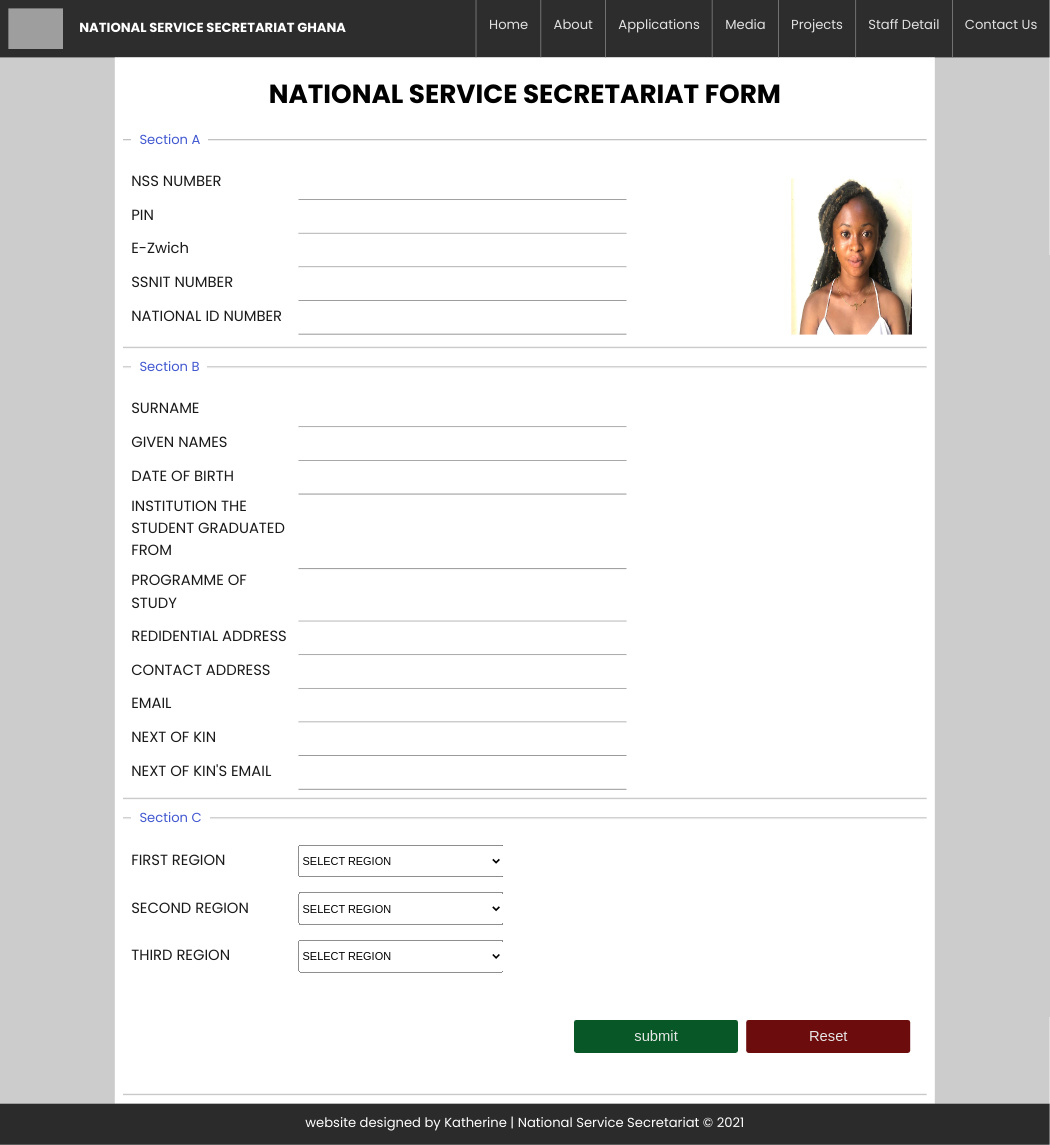
Repository: samuel355/nss
Page: index.html
The author's editor kept a copy of each file at every save. The page is drawn from the files as they stood at one save, then again after the next save.
The browser window is 1280 px wide. The pictures show the whole page, at 82% of full size.
Pictures or frames that could not be fetched are drawn as grey boxes.

Above is the page before, as saved 2021-09-30 15:35:03.

### index.html
<!DOCTYPE html>
<html lang="en">
<head>
    <meta charset="UTF-8">
    <meta http-equiv="X-UA-Compatible" content="IE=edge">
    <meta name="viewport" content="width=device-width, initial-scale=1.0">
    <title>NSS PAGE</title>
    <link rel="stylesheet" href="styles.css">
    <link rel="shortcut icon" href="logo-nss.png" type="image/x-icon">
</head>
<body class="wrapper">
    <header>
        <img src="https://nss-git-main-samuel355.vercel.app/logo-nss.png" alt="NSS LOGO" class="nss-logo">
        <p class="nss-name">NATIONAL SERVICE SECRETARIAT GHANA</p>
        <ul class="menu">
            <li class="menu-item"><a class="menu-link" href="#">Home</a></li>
            <li class="menu-item"><a class="menu-link" href="#">About</a></li>
            <li class="menu-item"><a class="menu-link" href="#">Applications</a></li>
            <li class="menu-item"><a class="menu-link" href="#">Media</a></li>
            <li class="menu-item"><a class="menu-link" href="#">Projects</a></li>
            <li class="menu-item"><a class="menu-link" href="#">Staff Detail</a></li>
            <li class="menu-item"><a class="menu-link" href="#">Contact Us</a></li>
        </ul>
    </header>

    <main>
        <caption>
            <h1 class="nss-topic"> NATIONAL SERVICE SECRETARIAT FORM</h1>
        </caption>
        <form action="">
            <fieldset>
                <legend>Section A </legend>
                <img class="passport" src="kath _p.jpeg" alt="My Passport Picture">
                <label for="nss number"> NSS NUMBER</label>
                <input type="text" name="nss-number" id="nss-number"> <br>

                <label for="pin">PIN</label>
                <input type="text" name="pin"> <br>

                <label for="pin">E-Zwich</label>
                <input type="text" name="e-zwich"><br>

                <label for="pin">SSNIT NUMBER</label>
                <input type="text" name="ssnit"><br>

                <label for="pin">NATIONAL ID NUMBER</label>
                <input type="text" name="id">
            </fieldset>
            <fieldset>
                <legend>Section B</legend>
                <label for="nss number"> SURNAME</label>
                <input type="text"> <br>

                <label for="pin">GIVEN NAMES</label>
                <input type="text"> <br>

                <label for="pin">DATE OF BIRTH</label>
                <input type="text"><br>

                <label for="pin">INSTITUTION THE STUDENT GRADUATED FROM</label>
                <input type="text"><br>

                <label for="pin">PROGRAMME OF STUDY</label>
                <input type="text" ><br>

                <label for="nss number"> REDIDENTIAL ADDRESS</label>
                <input type="text"> <br>

                <label for="pin">CONTACT ADDRESS</label>
                <input type="text"> <br>

                <label for="pin">EMAIL</label>
                <input type="text"><br>

                <label for="pin">NEXT OF KIN</label>
                <input type="text"><br>

                <label for="pin">NEXT OF KIN'S EMAIL</label>
                <input type="text" >
            </fieldset>
            <fieldset>
                <legend>Section C</legend>
                <label for="pin">FIRST REGION</label>
                <select name="region" id="region">
                    <option value="SELECT REGION">SELECT REGION</option>
                    <option value="ASHANTI REGION">ASHANTI REGION</option>
                    <option value="CENTRAL REGION">CENTRAL REGION</option>
                    <option value="EASTERN REGION">EASTERN REGION</option>
                    <option value="GREATER ACCRA">GREATER ACCRA</option>
                    <option value="VOLTA REGION">VOLTA REGION</option>
                    <option value="NORTHERN">NORTHERN</option>
                    <option value="WESTERN REGION">WESTERN REGION</option>
                    <option value="UPPER WEST REGION">UPPER WEST REGION</option>
                    <option value="UPPER EAST REGION">UPPER EAST REGION</option>
                    <option value="AHAFO REGION">AHAFO REGION</option>
                    <option value="BONO EAST REGION">BONO EAST REGION</option>
                    <option value="OTI REGION">OTI REGION</option>
                    <option value="NORTHERN EAST REGION">NORTHERN EAST REGION</option>
                    <option value="WESTERN NORTH REGION">WESTERN NORTH REGION</option>
                    <option value="BONO REGION">BONO REGION</option>
                </select> <br> <br>

                <label for="pin">SECOND REGION</label>
                <select name="region" id="region">
                    <option value="SELECT REGION">SELECT REGION</option>
                    <option value="ASHANTI REGION">ASHANTI REGION</option>
                    <option value="CENTRAL REGION">CENTRAL REGION</option>
                    <option value="EASTERN REGION">EASTERN REGION</option>
                    <option value="GREATER ACCRA">GREATER ACCRA</option>
                    <option value="VOLTA REGION">VOLTA REGION</option>
                    <option value="NORTHERN">NORTHERN</option>
                    <option value="WESTERN REGION">WESTERN REGION</option>
                    <option value="UPPER WEST REGION">UPPER WEST REGION</option>
                    <option value="UPPER EAST REGION">UPPER EAST REGION</option>
                    <option value="AHAFO REGION">AHAFO REGION</option>
                    <option value="BONO EAST REGION">BONO EAST REGION</option>
                    <option value="OTI REGION">OTI REGION</option>
                    <option value="NORTHERN EAST REGION">NORTHERN EAST REGION</option>
                    <option value="WESTERN NORTH REGION">WESTERN NORTH REGION</option>
                    <option value="BONO REGION">BONO REGION</option>
                </select> <br> <br>

                <label for="pin">THIRD REGION</label>
                <select name="region" id="region">
                    <option value="THIRD OPTION"> SELECT REGION</option>
                    <option value="ASHANTI REGION">ASHANTI REGION</option>
                    <option value="CENTRAL REGION">CENTRAL REGION</option>
                    <option value="EASTERN REGION">EASTERN REGION</option>
                    <option value="GREATER ACCRA">GREATER ACCRA</option>
                    <option value="VOLTA REGION">VOLTA REGION</option>
                    <option value="NORTHERN">NORTHERN</option>
                    <option value="WESTERN REGION">WESTERN REGION</option>
                    <option value="UPPER WEST REGION">UPPER WEST REGION</option>
                    <option value="UPPER EAST REGION">UPPER EAST REGION</option>
                    <option value="AHAFO REGION">AHAFO REGION</option>
                    <option value="BONO EAST REGION">BONO EAST REGION</option>
                    <option value="OTI REGION">OTI REGION</option>
                    <option value="NORTHERN EAST REGION">NORTHERN EAST REGION</option>
                    <option value="WESTERN NORTH REGION">WESTERN NORTH REGION</option>
                    <option value="BONO REGION">BONO REGION</option>
                </select> <br> <br>
                <button class="reset-button">Reset</button>
                <button class="submit-button">submit</button>
            </fieldset>
        </form>
    </main>
    <footer>
        <p>website designed by Katherine | National Service Secretariat © 2021</p>
    </footer>
</body>
</html>

### styles.css
@import url('https://fonts.googleapis.com/css?family=Poppins:400,500,600,700&display=swap');
*{
  margin: 0;
  padding: 0;
  outline: none;
  box-sizing: border-box;
  font-family: 'Poppins','montserat', 'open-sans' sans-serif;
}
p,a, h1,h2,h3,h4,h5,h6,label, input{font-family: 'Poppins';}
.wrapper{
    width: 100%;
    height: 100%;
    background-color: rgb(204, 204, 204);
}
.main{
    width: 100%;
    height: 100%;
    background-color: #4158d0;
}
header{
    width: 100%;
    height: 70px;
    background-color: rgb(46, 45, 45);
}
.nss-logo{
    height: 70px;
    float: left;
    padding: 10px;
    line-height: 3rem;
    cursor: pointer;
}

.nss-topic{
    text-transform: uppercase;
    margin: auto;
    padding: 10px;
    text-align: center;
}
.nss-name{
    margin: auto;
    align-items: center;
    font-size: 1rem;
    float: left;
    text-transform: uppercase;
    line-height: 3rem;
    padding: 10px;
    font-weight: bold;
    font-family: 'Poppins';
    color: white;
}
header>ul{
    float: right;
}
header>ul>li{
    float: left;
    list-style-type: none;
    align-items: center;
}
header>ul>li>a{
    display: block;
    text-decoration: none;
    padding: 15px;
    height: 70px;
    line-height: 30px;
    color: rgb(226, 226, 226);
    width: auto;
    text-align: right;
    border-left: 1px solid grey;
    font-family: 'Poppins';
}
header>ul>li>a:hover{
    background-color: rgb(37, 37, 37);
    color: rgb(153, 153, 153);
}
main{
    width: 1000px;
    height: auto;
    padding: 10px;
    background-color: white;
    margin: auto;
}
fieldset{
    width: auto;
    margin: 0 auto;
    border: 1px sold grey;
    border-right: none;
    border-left: none;
    padding: 10px;
}
legend{
    padding: 10px;
    color: #4158d0;
    font-family: 'Poppins';
}
.passport{
    width: 150px;
    height: 200px;
    float: right;
    margin: 5px;
    background-color: grey;
}
input{
    border: none;
    width: 400px;
    border-bottom: 1px solid grey;
    padding: 10px;
}
label{
    font-size: 18px;
    display: inline-block;
    width: 200px;
    color: rgb(26, 26, 26);
}
select{
    width: 250px;
    height: 40px;
}
select option{
    color: #4158d0;
}

.reset-button{
    border: none;
    width: 200px;
    height: 40px;
    background-color: rgb(109, 12, 12);
    margin: 40px 10px 40px 0;
    border-radius: 3px;
    color: rgb(231, 231, 231);
    cursor: pointer;
    float: right;
    font-size: large;
}
.submit-button{
    border: none;
    width: 200px;
    height: 40px;
    background-color: rgb(7, 88, 38);
    margin: 40px 10px 40px 0;
    border-radius: 3px;
    color: rgb(231, 231, 231);
    cursor: pointer;
    float: right;
    font-size: large;
}
.reset-button:hover{
    background-color: rgb(201, 23, 23);
    color: white;
}
.submit-button:hover{
    background-color: rgb(11, 168, 11);
    color: white;
}
footer{
    width: 100%;
    height: 50px;
    background-color: rgb(43, 43, 43);
    align-items: center;
}
footer>p{
    color: white;
    text-align: center;
    padding-top: 10px;
}

After the next save:
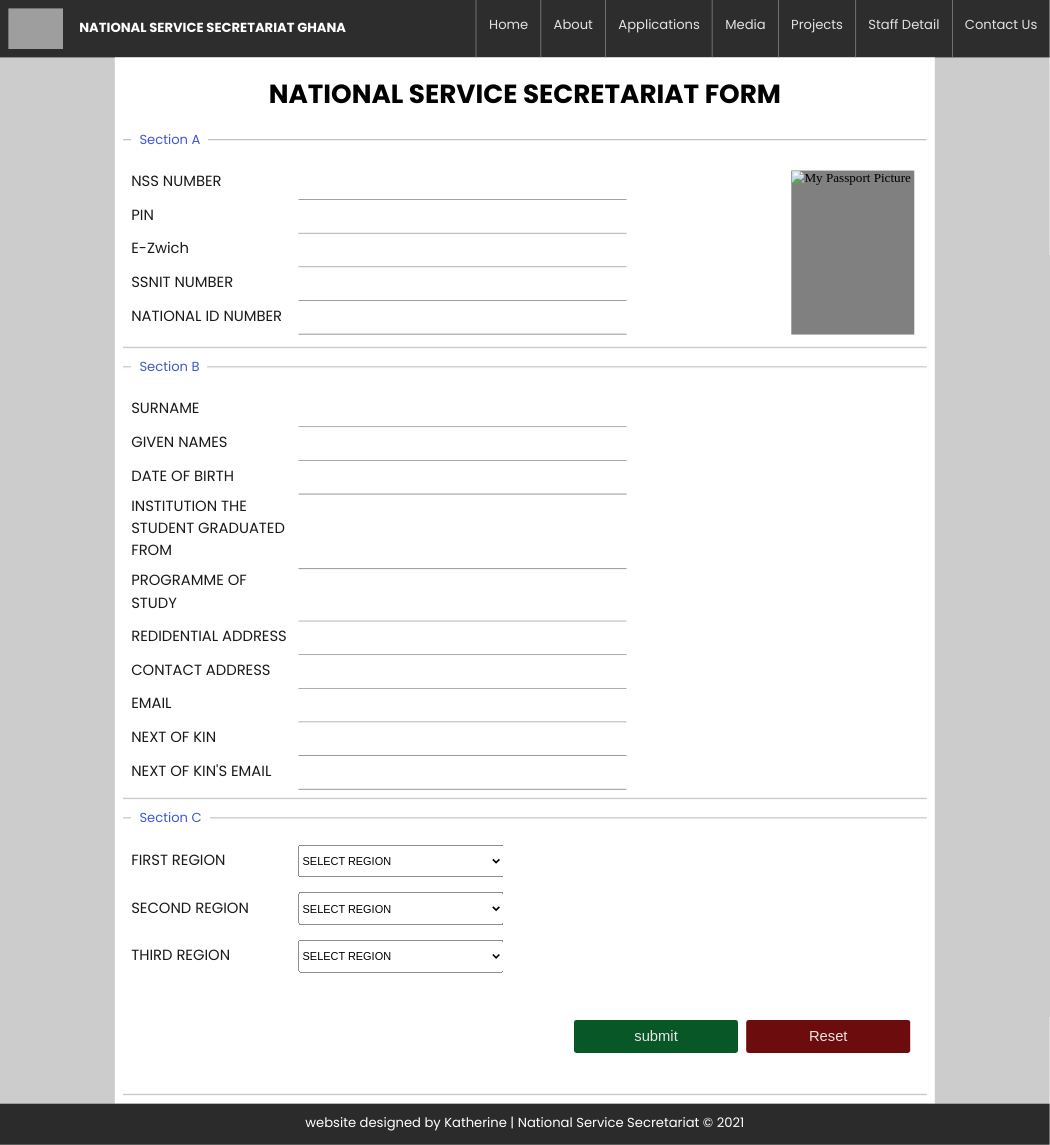
Saved 5 min 38 s later.
--- a/index.html
+++ b/index.html
@@ -30,7 +30,7 @@
         <form action="">
             <fieldset>
                 <legend>Section A </legend>
-                <img class="passport" src="kath _p.jpeg" alt="My Passport Picture">
+                <img class="passport" src="" alt="My Passport Picture">
                 <label for="nss number"> NSS NUMBER</label>
                 <input type="text" name="nss-number" id="nss-number"> <br>
 
